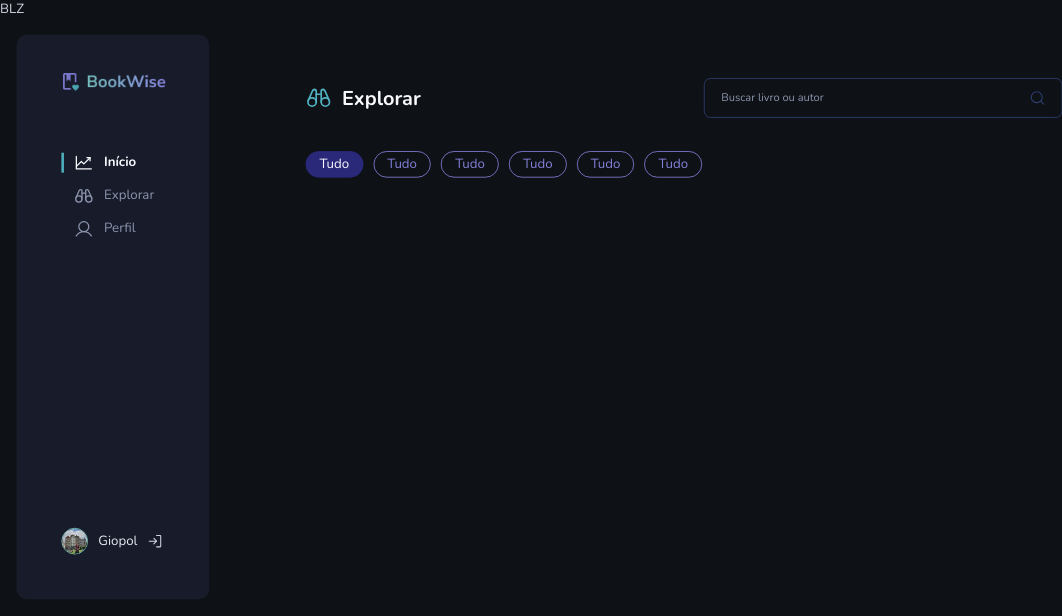
Repository: Giopol12/book-wise
Page: /explore/index.page
These files come from the project's save history. The page is drawn as it stood at one moment and after the next save; the edit follows.
The browser window is 1280 px wide. The pictures show the whole page, at 83% of full size.
The project was rebuilt for these pictures with package versions that can differ from the ones it lists, and the page was loaded fresh each time. The framework's server and built-in components were replaced by stand-ins that run in the browser. Also part of the build but not shown: next.config.js.

Above is the page before, as saved 2023-10-27 10:07:24.

### src/pages/_app.tsx
import { globalStyles } from '@/styles/global'
import type { AppProps } from 'next/app'

globalStyles()

export default function App({ Component, pageProps }: AppProps) {
  return (
    <>
      <div>BLZ</div>
      <Component {...pageProps} />
    </>
  )
}

### src/pages/_document.tsx
import { getCssText } from '@/styles'
import { Html, Head, Main, NextScript } from 'next/document'

export default function Document() {
  return (
    <Html lang="en">
      <Head>
        <link rel="preconnect" href="https://fonts.googleapis.com" />
        <link
          rel="preconnect"
          href="https://fonts.gstatic.com"
          crossOrigin="anonymous"
        />

        <link
          href="https://fonts.googleapis.com/css2?family=Nunito:wght@400;500;700&display=swap"
          rel="stylesheet"
        />
        <style
          id="stitches"
          dangerouslySetInnerHTML={{ __html: getCssText() }}
        />
      </Head>
      <body>
        <Main />
        <NextScript />
      </body>
    </Html>
  )
}

### src/pages/explore/index.page.tsx
import { Sidebar } from '@/components/Sidebar'
import {
  Container,
  ExploreBookContainer,
  ExploreContainer,
  ExploreHeader,
  ExploreSearchInput,
  ExploreSearchInputContainer,
  PageTitle,
  Tag,
  TagsContainer,
} from './styles'
import { Binoculars, MagnifyingGlass } from 'phosphor-react'
import { ExploreBookCard } from './components/ExploreBookCard'

import * as Dialog from '@radix-ui/react-dialog'
import { NewCommentModal } from '@/components/NewCommentModal'

export default function Explore() {
  const array = Array.from({ length: 15 }).map((_, i) => {
    return i
  })

  return (
    <Container>
      <Sidebar />
      <ExploreContainer>
        <ExploreHeader>
          <PageTitle>
            <Binoculars size={32} />
            <h1>Explorar</h1>
          </PageTitle>
          <ExploreSearchInputContainer>
            <ExploreSearchInput placeholder="Buscar livro ou autor" />
            <MagnifyingGlass size={20} />
          </ExploreSearchInputContainer>
        </ExploreHeader>
        <TagsContainer>
          <Tag enabled={true}>Tudo</Tag>
          <Tag>Tudo</Tag>
          <Tag>Tudo</Tag>
          <Tag>Tudo</Tag>
          <Tag>Tudo</Tag>
          <Tag>Tudo</Tag>
        </TagsContainer>
        <ExploreBookContainer>
          {array.map((id) => {
            return (
              <Dialog.Root key={id}>
                {/* <Dialog.Trigger key={id}>
                  <ExploreBookCard />
                </Dialog.Trigger> */}
                <NewCommentModal />
              </Dialog.Root>
            )
          })}
        </ExploreBookContainer>
      </ExploreContainer>
    </Container>
  )
}

### src/styles/global.ts
import { globalCss } from '.'

export const globalStyles = globalCss({
  '*': {
    margin: 0,
    padding: 0,
    boxSizing: 'border-box',
  },

  body: {
    '-webkit-font-smoothing': 'antialiased',
    backgroundColor: '$gray800',
    color: '$gray300',
  },

  'body, input, textarea, button': {
    fontFamily: 'Nunito',
    fontWeight: 400,
  },
})

### src/styles/index.ts
// stitches.config.ts

import { createStitches } from '@stitches/react'

export const {
  styled,
  getCssText,
  globalCss,
  config,
  createTheme,
  css,
  keyframes,
  prefix,
  reset,
  theme,
} = createStitches({
  theme: {
    fonts: {
      default: 'Nunito, sans-serif',
    },

    space: {
      px: '1px',
      1: '0.25rem',
      2: '0.5rem',
      3: '0.75rem',
      4: '1rem',
      5: '1.25rem',
      6: '1.5rem',
      7: '1.75rem',
      8: '2rem',
      10: '2.5rem',
    },

    fontSizes: {
      xs: '0.75rem',
      sm: '0.875rem',
      md: '1rem',
      lg: '1.125rem',
      xl: '1.25rem',
      '2xl': '1.5rem',
    },

    fontWeights: {
      regular: '400',
      medium: '500',
      bold: '700',
    },

    lineHeights: {
      shorter: '125%',
      short: '140%',
      base: '160%',
      tall: '180%',
    },

    colors: {
      white: '#FFFFFF',
      black: '#000000',
      green100: '#50B2C0',
      green200: '#255D6A',
      green300: '#0A313C',
      purple100: '#8381D9',
      purple200: '#2A2879',
      gray100: '#F8F9FC',
      gray200: '#E6E8F2',
      gray300: '#D1D6E4',
      gray400: '#8D95AF',
      gray500: '#303F73',
      gray600: '#252D4A',
      gray700: '#181C2A',
      gray800: '#0E1116',
      'gradient-vertical': `linear-gradient(180deg, #7FD1CC 0%, #9694F5 100%)`,
      'gradient-horizontal': `linear-gradient(90deg, #7FD1CC 0%, #9694F5 100%)`,
    },

    radii: {
      xs: '2.5px',
      sm: '5px',
      md: '10px',
      lg: '20px',
      full: '99999px',
    },
  },
})

### src/components/Sidebar/index.tsx
import Image from 'next/image'
import {
  BottomContainer,
  LoginButton,
  LogoContainer,
  NavContainer,
  NavItemContainer,
  SidebarContainer,
  SignOutButton,
  TopContainer,
} from './styles'

import logo from '@/assets/logo.png'
import avatar from '@/assets/avatar.jpeg'
import { Binoculars, ChartLineUp, SignIn, User } from 'phosphor-react'
import { Avatar } from '@/components/Avatar'

export function Sidebar() {
  return (
    <SidebarContainer>
      <TopContainer>
        <LogoContainer>
          <Image src={logo} alt="" width={128} height={32} />
        </LogoContainer>
        <NavContainer>
          <NavItemContainer selected={true}>
            <ChartLineUp size={24} />
            <span>Início</span>
          </NavItemContainer>
          <NavItemContainer>
            <Binoculars size={24} />
            <span>Explorar</span>
          </NavItemContainer>
          <NavItemContainer>
            <User size={24} />
            <span>Perfil</span>
          </NavItemContainer>
        </NavContainer>
      </TopContainer>
      <BottomContainer>
        <LoginButton>
          {/* <strong>Fazer login</strong> <SignIn size={20} /> */}
          <Avatar avatarUrl={avatar} /> <span>Giopol</span>
        </LoginButton>
        <SignOutButton>
          <SignIn size={20} />
        </SignOutButton>
      </BottomContainer>
    </SidebarContainer>
  )
}

### src/pages/explore/styles.ts
import { styled } from '@/styles'

export const Container = styled('div', {
  maxWidth: '1440px',
  margin: '0 auto',
  display: 'flex',
})

export const ExploreContainer = styled('div', {
  maxWidth: '62.25rem',
  margin: '4.5rem 0 2.5rem 6rem',
  width: '100%',

  display: 'flex',
  flexDirection: 'column',
})
export const ExploreHeader = styled('div', {
  width: '100%',
  maxHeight: '3rem',
  display: 'flex',
  alignItems: 'center',
  justifyContent: 'space-between',
})
export const PageTitle = styled('div', {
  display: 'flex',
  alignItems: 'center',
  gap: '$3',
  marginBottom: '3$',
  svg: {
    color: '$green100',
  },
  h1: {
    fontSize: '$2xl',
    color: '$gray100',
  },
})
export const ExploreSearchInputContainer = styled('div', {
  position: 'relative',
  maxHeight: '5.75rem',
  svg: {
    color: '$gray500',
    position: 'absolute',
    bottom: 14,
    right: 20,
  },
  '&:focus-within': {
    svg: {
      color: '$green200',
    },
  },
})
export const ExploreSearchInput = styled('input', {
  width: '27rem',
  position: 'relative',
  padding: '0.875rem 2.875rem 0.875rem $5',
  backgroundColor: '$gray800',
  border: '1px solid $gray500',
  borderRadius: '8px',
  color: '$gray200',
  '&:focus': {
    borderColor: '$green200',
  },
  '&::placeholder': {
    color: '$gray400',
  },
})
export const TagsContainer = styled('div', {
  marginTop: '$10',

  display: 'flex',
  gap: '$3',
})
export const Tag = styled('span', {
  variants: {
    enabled: {
      true: {
        border: '1px solid $purple200',
        background: '$purple200',
        color: '$gray100',
        '&:hover': {
          borderColor: '$purple100',
        },
      },
      false: {
        color: '$purple100',
        border: '1px solid $purple100',
        '&:hover': {
          background: 'rgba(42, 40, 121, 0.3)',
        },
      },
    },
  },
  defaultVariants: {
    enabled: false,
  },
  borderRadius: 9999,
  padding: '$1 $4',
  cursor: 'pointer',
})
export const ExploreBookContainer = styled('div', {
  display: 'grid',
  gridTemplateColumns: 'repeat(3, 1fr)',
  marginTop: '3rem',
  gap: '$5',
})

### src/components/NewCommentModal/index.tsx
import * as Dialog from '@radix-ui/react-dialog'
import { X } from 'phosphor-react'
import {
  AssessmentButton,
  AssessmentContainer,
  BookCard,
  CloseButton,
  CommentCard,
  CommentContainer,
  Content,
  Overlay,
} from './styles'

export function NewCommentModal() {
  return (
    <Dialog.Portal>
      <Overlay />
      <Content>
        <CloseButton>
          <X />
        </CloseButton>
        <BookCard></BookCard>
        <AssessmentContainer>
          <p>Avaliações</p>
          <AssessmentButton></AssessmentButton>
        </AssessmentContainer>
        <CommentContainer>
          <CommentCard></CommentCard>
        </CommentContainer>
      </Content>
    </Dialog.Portal>
  )
}

### src/components/Sidebar/styles.ts
import { styled } from '@/styles'

export const SidebarContainer = styled('div', {
  height: 'calc(100vh - 40px)',
  margin: '$5',
  width: '14.5rem',
  background: '$gray700',
  borderRadius: '12px',
  display: 'flex',
  flexDirection: 'column',
  alignItems: 'center',
  justifyContent: 'space-between',
})
export const TopContainer = styled('div', {
  display: 'flex',
  flexDirection: 'column',
  alignItems: 'center',
})
export const LogoContainer = styled('header', {
  padding: '$10 3.25rem',
})
export const NavContainer = styled('nav', {
  marginTop: '$6',
  display: 'flex',
  flexDirection: 'column',
  gap: '$4',
})
export const NavItemContainer = styled('div', {
  variants: {
    selected: {
      true: {
        color: '$gray100',
        fontWeight: '$bold',
        borderLeftColor: '$green100',
      },
    },
  },
  defaultVariants: {
    selected: false,
  },
  color: '$gray400',
  lineHeight: 'base',
  display: 'flex',
  gap: '$3',
  padding: '0 $3',
  borderLeftWidth: '3px',
  borderLeftColor: 'transparent',
  borderLeftStyle: 'solid',
  '&:hover': {
    cursor: 'pointer',
    color: '$gray100',
    transition: 'color 0.1s',
  },
})
export const BottomContainer = styled('footer', {
  display: 'flex',
  alignItems: 'center',
  marginBottom: '3.375rem',
  gap: '$3',
})

export const LoginButton = styled('div', {
  display: 'flex',
  alignItems: 'center',
  gap: '$3',
  color: '$gray200',
  svg: {
    color: '$green100',
  },
  cursor: 'pointer',
})
export const SignOutButton = styled('button', {
  border: 0,
  backgroundColor: 'transparent',
  color: '$red300',
  lineHeight: 0,
  cursor: 'pointer',
  '&:hover': {
    color: '$red500',
    transition: 'color 0.1s',
  },
})

### src/components/Avatar/index.tsx
import Image, { StaticImageData } from 'next/image'
import { AvatarContainer } from './styles'

interface AvatarProps {
  avatarUrl: string | StaticImageData
  size?: 'sm' | 'md' | 'lg'
}

export function Avatar({ avatarUrl, size }: AvatarProps) {
  return (
    <AvatarContainer size={size}>
      <Image src={avatarUrl} width={72} height={72} alt="" quality={100} />
    </AvatarContainer>
  )
}

### src/components/NewCommentModal/styles.ts
import { styled } from '@/styles'
import * as Dialog from '@radix-ui/react-dialog'

export const Overlay = styled(Dialog.Overlay, {
  position: 'fixed',
  width: '100vw',
  height: '100vh',
  inset: 0,
  background: 'rgba(0, 0, 0, 0.75)',
})
export const Content = styled(Dialog.Content, {})
export const CloseButton = styled(Dialog.Close, {})
export const BookCard = styled('div', {})
export const AssessmentContainer = styled('div', {})
export const AssessmentButton = styled('div', {})
export const CommentContainer = styled('div', {})
export const CommentCard = styled('div', {})

### src/components/Avatar/styles.ts
import { styled } from '@/styles'

export const AvatarContainer = styled('div', {
  variants: {
    size: {
      sm: {
        width: 32,
        height: 32,

        img: {
          width: 32,
          height: 32,
        },
      },
      md: {
        width: 40,
        height: 40,

        img: {
          width: 40,
          height: 40,
        },
      },
      lg: {
        width: 72,
        height: 72,

        img: {
          width: 72,
          height: 72,
        },
      },
    },
  },
  defaultVariants: {
    size: 'sm',
  },
  borderRadius: '$full',
  border: '1px solid #7FD1CC',
  overflow: 'hidden',
})

### src/pages/explore/components/ExploreBookCard/index.tsx
import { StarTestContainer } from '@/pages/home/components/LatestReviews/styles'
import Image from 'next/image'
import { Star } from 'phosphor-react'
import book from '@/assets/14-habitos-de-desenvolvedores-altamente-produtivos.png'
import {
  DetailsContainer,
  ExploreBookCardContainer,
  ExploreBookTitleContainer,
  ReadSpan,
} from './styles'

export function ExploreBookCard() {
  return (
    <ExploreBookCardContainer>
      <Image src={book} width={108} alt="" />
      <DetailsContainer>
        <ExploreBookTitleContainer>
          <strong>A revolução dos bichos</strong>
          <p>George Orwell</p>
        </ExploreBookTitleContainer>
        <StarTestContainer>
          <Star />
          <Star />
          <Star />
          <Star />
          <Star />
        </StarTestContainer>
      </DetailsContainer>
      <ReadSpan>LIDO</ReadSpan>
    </ExploreBookCardContainer>
  )
}

### src/pages/home/components/LatestReviews/styles.ts
import { styled } from '@/styles'

export const Container = styled('div', {
  maxWidth: '37.875rem',
  width: '100%',
  margin: '4.75rem 4rem 0 4.5rem',
  wordWrap: 'break-word',
})

export const PageTitle = styled('div', {
  display: 'flex',
  alignItems: 'center',
  gap: '$3',
  marginBottom: '3$',
  svg: {
    color: '$green100',
  },
  h1: {
    fontSize: '$2xl',
    color: '$gray100',
  },
})
export const LastReadingContainer = styled('div', {})

export const TitleContainer = styled('div', {
  p: {
    color: '$gray100',
    padding: '$2 0',
  },
  marginTop: '$10',
  display: 'flex',
  justifyContent: 'space-between',
})

export const LastReadingCard = styled('div', {
  marginTop: '$2',
  background: '$gray600',
  maxHeight: 192,
  display: 'flex',
  padding: '$5 1.5rem',
  gap: '1.5rem',
  borderRadius: 8,
  overflow: 'hidden',
  textOverflow: 'ellipsis',
  img: {
    borderRadius: 4,
  },
  border: '2px solid transparent',
  '&:hover': {
    border: '2px solid $gray500',
    cursor: 'pointer',
  },
})

export const ContentContainer = styled('div', {})

export const InfoContainer = styled('div', {
  display: 'flex',
  justifyContent: 'space-between',
  p: {
    fontSize: '$sm',
  },
})

export const CardTitleContainer = styled('div', {
  marginTop: '$3',

  strong: {
    lineHeight: '$short',
    color: '$gray100',
  },
  p: {
    fontSize: '$sm',
    color: '$gray400',
  },
})

export const TextContainer = styled('div', {
  marginTop: '$6',
  maxHeight: '2.75rem',
  overflow: 'hidden',
  textOverflow: 'ellipsis',
  wordBreak: 'break-word',
  p: {
    fontSize: '$sm',
  },
})

export const StarTestContainer = styled('div', {
  display: 'flex',
  gap: '$1',
})

### src/pages/explore/components/ExploreBookCard/styles.ts
import { styled } from '@/styles'
import * as Dialog from '@radix-ui/react-dialog'

export const ExploreBookCardContainer = styled('button', {
  position: 'relative',
  maxWidth: '20rem',
  background: '$gray700',
  display: 'flex',
  gap: '$5',
  padding: '$5 $4',
  borderRadius: 8,
  border: '2px solid transparent',
  '&:hover': {
    border: '2px solid $gray600',
    cursor: 'pointer',
    span: {
      borderRight: '2px solid $gray600',
      borderTop: '2px solid $gray600',
    },
  },
})
export const DetailsContainer = styled('div', {
  display: 'flex',
  flexDirection: 'column',
  justifyContent: 'space-between',
})
export const ExploreBookTitleContainer = styled('div', {
  strong: {
    color: '$gray100',
  },
  p: {
    color: '$gray400',
    fontSize: '$sm',
  },
})
export const ReadSpan = styled('span', {
  position: 'absolute',
  top: -2,
  right: -2,
  color: '$green100',
  fontWeight: 'bold',
  background: '$green300',
  borderRadius: '0 6px 0 8px',
  padding: '2px 10px',
  borderRight: '2px solid $green300',
  borderTop: '2px solid $green300',
})

After the next save:
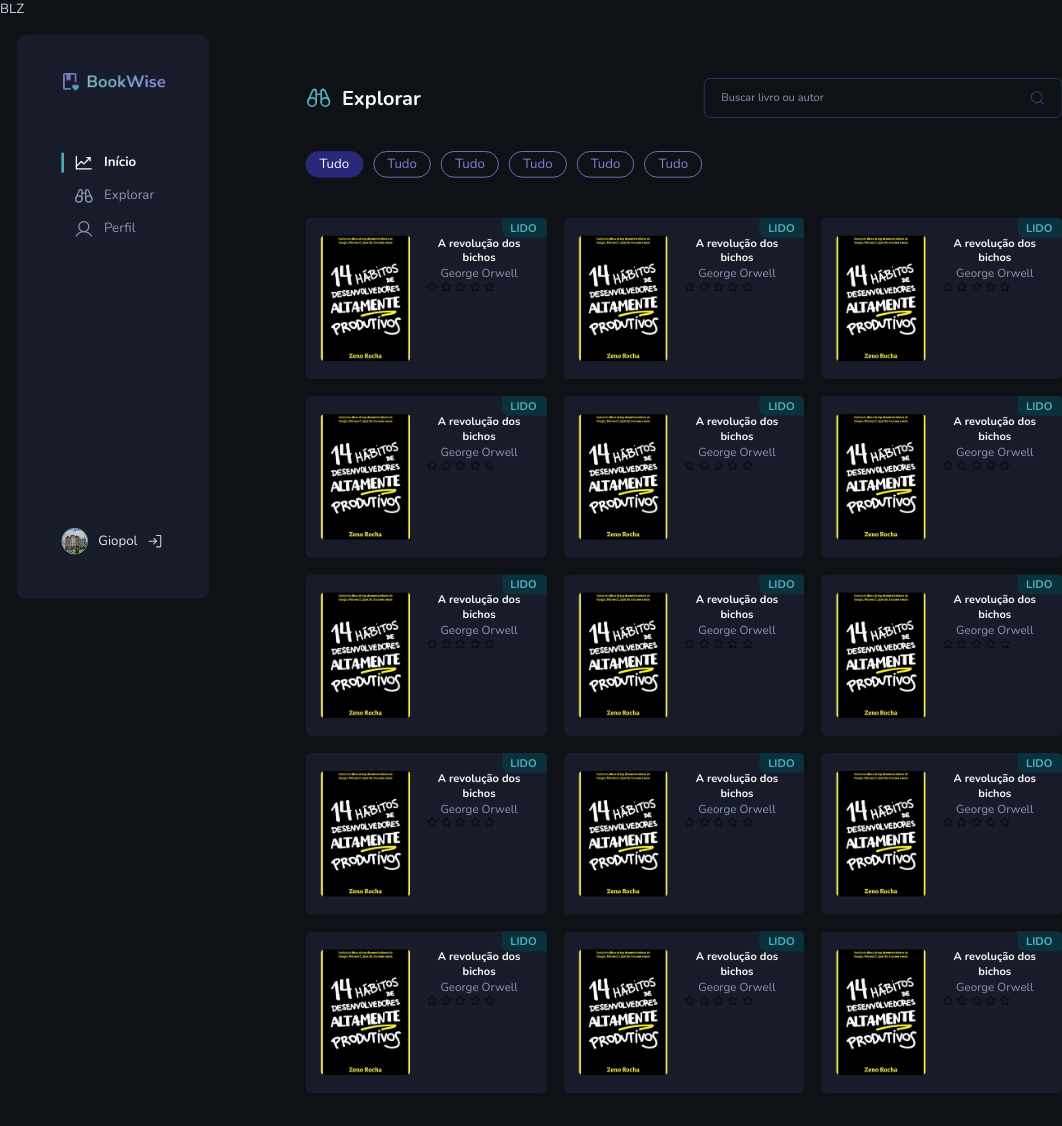
Saved 27 s later.
--- a/src/pages/explore/index.page.tsx
+++ b/src/pages/explore/index.page.tsx
@@ -48,8 +48,9 @@ export default function Explore() {
             return (
               <Dialog.Root key={id}>
                 {/* <Dialog.Trigger key={id}>
-                  <ExploreBookCard />
-                </Dialog.Trigger> */}
+
+                </Dialog.Trigger> */}{' '}
+                <ExploreBookCard />
                 <NewCommentModal />
               </Dialog.Root>
             )
